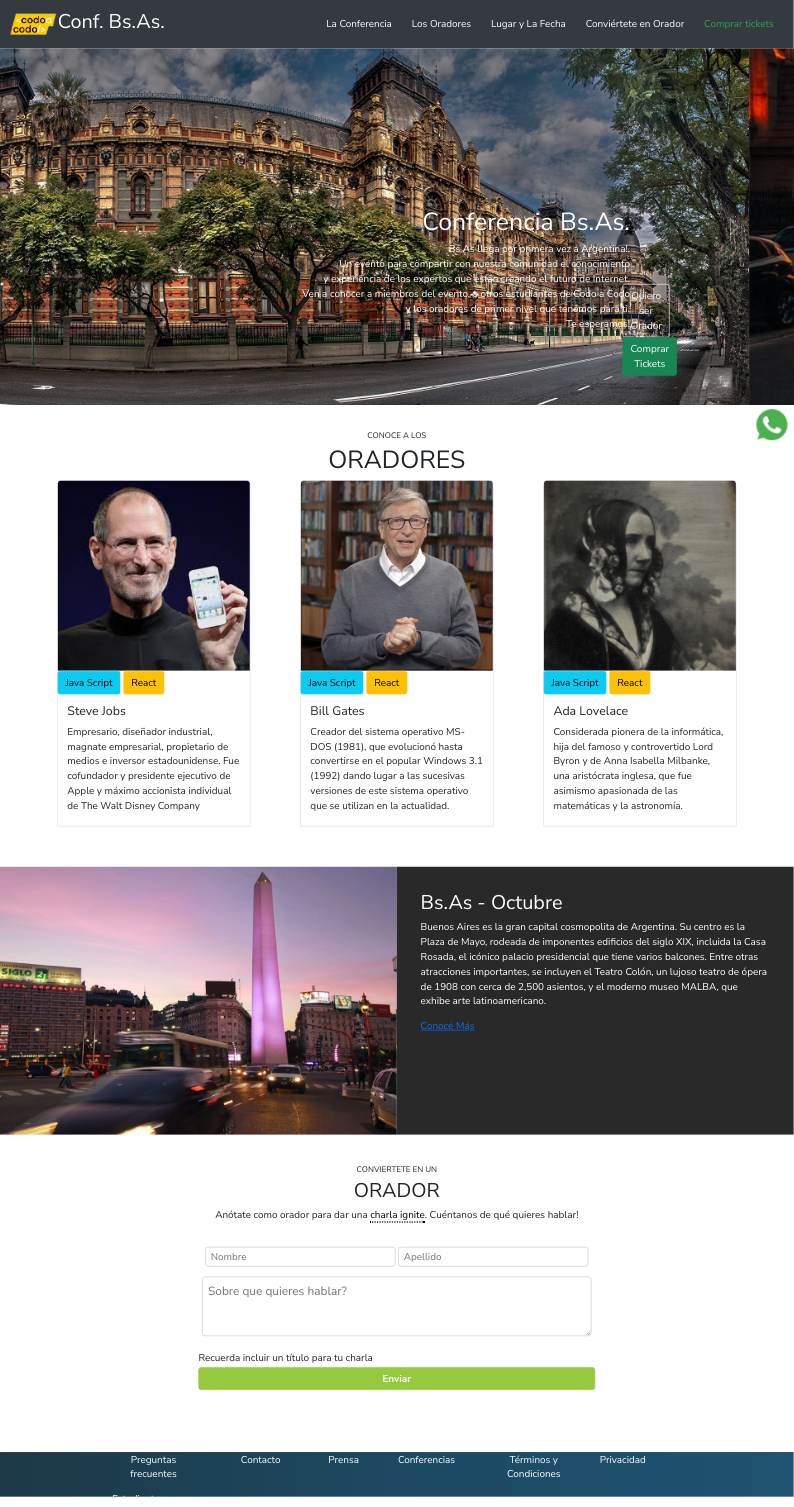
Repository: Melire/trabajo-final-BS
Page: index.html
An editor plug-in stored every save of this project. The page is shown before and after the next save, followed by the edit.
The browser window is 1280 px wide. The pictures show the whole page, at 62% of full size.

Above is the page before, as saved 2023-05-10 16:39:03.

### index.html
<!DOCTYPE html>
<html lang="es">

<head>
    <meta charset="UTF-8">
    <meta http-equiv="X-UA-Compatible" content="IE=edge">
    <meta name="viewport" content="width=device-width, initial-scale=1.0">
    <title>Proyecto Melisa Renovales Wolcan</title>
    <link rel="shortcut icon" href="favicon.ico" type="image/x-icon">
    <link href="https://cdn.jsdelivr.net/npm/bootstrap@5.0.2/dist/css/bootstrap.min.css" rel="stylesheet"
        integrity="sha384-EVSTQN3/azprG1Anm3QDgpJLIm9Nao0Yz1ztcQTwFspd3yD65VohhpuuCOmLASjC" crossorigin="anonymous">
    <link rel="stylesheet" href="./css/estilos3.css">

</head>

<body>
    <header class="header">
        <div class="headerNav">
            <div class="contenedorLogo">
                <a href="https://www.buenosaires.gob.ar/educacion/codo-codo" target="_blank">
                    <img src="./assets/img/codoacodo.png" alt="Logo">
                </a>
                <h2>Conf. Bs.As.</h2>
            </div>
            <!--barra de navegacion BS-->
            <nav>
                <ul class="nav">
                    <li class="nav-item">
                        <a class="nav-link active" aria-current="page" href="#laConferencia">La Conferencia</a>
                    </li>
                    <li class="nav-item">
                        <a class="nav-link" href="#losOradores">Los Oradores</a>
                    </li>
                    <li class="nav-item">
                        <a class="nav-link" href="#lugarYfecha">Lugar y La Fecha</a>
                    </li>
                    <li class="nav-item">
                        <a class="nav-link" href="#convierteteEnOrador">Conviértete en Orador</a>
                    </li>
                    <a class="nav-link color" href="./pages/comprar_tickets.html">Comprar tickets</a>
                    </li>
                </ul>
            </nav>

        </div>
        <!--comportamientos carrousel BS-->
        <section id="laConferencia" class="contenedorCarousel">
            <div id="carouselExampleCaptions" class="carousel slide" data-bs-ride="carousel">
                <div class="carousel-indicators">
                    <div class="carouselNone">
                        <button type="button" data-bs-target="#carouselExampleCaptions" data-bs-slide-to="0"
                            class="active" aria-current="true" aria-label="Slide 1"></button>
                        <button type="button" data-bs-target="#carouselExampleCaptions" data-bs-slide-to="1"
                            aria-label="Slide 2"></button>
                        <button type="button" data-bs-target="#carouselExampleCaptions" data-bs-slide-to="2"
                            aria-label="Slide 3"></button>
                    </div>

                    <!--botones carrousel-->
                    <nav class="container">
                        <div class="botonesCabecera">
                            <a href="#convierteteEnOrador" button type="button" class="btn btn-outline-light">Quiero ser
                                Orador</a>
                            <a href="./pages/comprar_tickets.html" button type="button" class="btn btn-success">Comprar
                                Tickets</a>
                        </div>
                    </nav>
                </div>
                <!--textos y fotos carrousel BS-->
                <div class="carousel-inner">
                    <div class="carousel-item active">
                        <img src="./assets/img/ba1.jpg" class="d-block w-100" alt="Palacio del agua">
                        <div class="carousel-caption d-none d-md-block">
                            <h5 class="texto"> Conferencia Bs.As.</h5>
                            <p> Bs As llega por primera vez a Argentina!.<br /> Un evento para compartir con nuestra
                                comunidad el conocimiento<br /> y experiencia de los expertos que están creando el
                                futuro de Internet.<br />
                                Ven a conocer a miembros del evento, a otros estudiantes de Codo a Codo<br /> y los
                                oradores de primer nivel que tenemos para ti.<br />Te esperamos!</p>
                        </div>
                    </div>
                    <div class="carousel-item">
                        <img src="./assets/img/ba2.jpg" class="d-block w-100" alt="obelisco">
                        <div class="carousel-caption d-none d-md-block">
                            <h5 class="texto">Paseos en bus</h5>
                            <p>Tenemos la mejor selección de tours en español en Argentina<br />
                                ¡y al mejor precio! Descubre todo lo que puedes hacer en la Ciudad de Buenos
                                Aires!<br />
                                Veni a conocer un mágico Buenos Aires<br /> Te invitamos a conocer las costumbres y
                                gastronomía de la vida porteña de antaño</p>
                        </div>
                    </div>
                    <div class="carousel-item">
                        <img src="./assets/img/ba3.jpg" class="d-block w-100" alt="Diagonal sur">
                        <div class="carousel-caption d-none d-md-block">
                            <h5 class="texto">Visitas guiadas en edificios históricos</h5>
                            <p>En nuestras caminatas guiadas,<br /> recorremos los edificios mas hermosos de la
                                ciudad,<br /> llenos de histrorias y misterios.<br /> No te lo pierdas!</p>
                        </div>
                    </div>
                </div>
                <button class="carousel-control-prev" type="button" data-bs-target="#carouselExampleCaptions"
                    data-bs-slide="prev">
                    <span class="carousel-control-prev-icon" aria-hidden="true"></span>
                    <span class="visually-hidden">Previous</span>
                </button>
                <button class="carousel-control-next" type="button" data-bs-target="#carouselExampleCaptions"
                    data-bs-slide="next">
                    <span class="carousel-control-next-icon" aria-hidden="true"></span>
                    <span class="visually-hidden">Next</span>
                </button>
            </div>
        </section>
    </header>
    <!--Oradores BS-->
    <main>
        <section id="losOradores" class="sectionOradores">
            <h2 class="tituloRadores"><span class=tituloCh>CONOCE A LOS</span> <br> ORADORES</h2>
            <div class="padreCards">
                <div class="row row-cols-1 row-cols-md-3 g-4">
                    <div class="col">
                        <div class="card h-100">
                            <img src="./assets/img/steve.jpg" class="card-img-top" alt="Steve Jobs">
                            <div class="buttonsCard">
                                <button type="button" class="btn btn-info">Java Script</button>
                                <button type="button" class="btn btn-warning">React</button>
                            </div>

                            <div class="card-body">
                                <h5 class="card-title">Steve Jobs</h5>
                                <p class="card-text">Empresario, diseñador industrial, magnate empresarial, propietario
                                    de medios e inversor
                                    estadounidense. Fue cofundador y presidente ejecutivo de Apple​ y máximo accionista
                                    individual de The Walt Disney Company</p>
                            </div>
                        </div>
                    </div>
                    <div class="col">
                        <div class="card h-100">
                            <img src="./assets/img/bill.jpg" class="card-img-top" alt="Bill Gates">
                            <div class="buttonsCard">
                                <button type="button" class="btn btn-info">Java Script</button>
                                <button type="button" class="btn btn-warning">React</button>
                            </div>
                            <div class="card-body">
                                <h5 class="card-title">Bill Gates</h5>
                                <p class="card-text">Creador del sistema operativo MS-DOS (1981), que evolucionó hasta
                                    convertirse en el popular
                                    Windows 3.1 (1992) dando lugar a las sucesivas versiones de este sistema operativo
                                    que se
                                    utilizan en la actualidad.</p>
                            </div>
                        </div>
                    </div>
                    <div class="col">
                        <div class="card h-100">
                            <img src="./assets/img/ada.jpeg" class="card-img-top" alt="Ada Lovelace">
                            <div class="buttonsCard">
                                <button type="button" class="btn btn-info">Java Script</button>
                                <button type="button" class="btn btn-warning">React</button>
                            </div>
                            <div class="card-body">
                                <h5 class="card-title">Ada Lovelace</h5>
                                <p class="card-text">Considerada pionera de la informática, hija del famoso y
                                    controvertido Lord Byron y de Anna
                                    Isabella Milbanke, una aristócrata inglesa, que fue asimismo apasionada de las
                                    matemáticas y
                                    la astronomía.</p>
                            </div>
                        </div>
                    </div>
                </div>
            </div>
        </section>
        <section id="lugarYfecha" class="container-fluid">
            <div class="row">
                <div class="col-sm-12 col-md-6 colIzq">

                </div>
                <div class="col-sm-12 col-md-6 colDer">
                    <h2>Bs.As - Octubre</h2>
                    <p>Buenos Aires es la gran capital cosmopolita de Argentina. Su centro es la Plaza de Mayo, rodeada
                        de imponentes edificios del siglo XIX, incluida la Casa Rosada, el icónico palacio presidencial
                        que tiene varios balcones. Entre otras atracciones importantes, se incluyen el Teatro Colón, un
                        lujoso teatro de ópera de 1908 con cerca de 2,500 asientos, y el moderno museo MALBA, que exhibe
                        arte latinoamericano.</p>
                    <a class="boton1" href="">Conocé Más</a>
                </div>
        </section>
        <section id="convierteteEnOrador" class="formularioOrador">
            <h2><span class="tituloCh"> CONVIERTETE EN UN </span> <br> ORADOR</h2>
            <p>Anótate como orador para dar una <a href="" class="charla">charla ignite</a>.
                Cuéntanos de qué quieres hablar!</p>
            <br>
            <form action="" autocomplete="on">
                <div>
                    <input class="inputNA" type="text" placeholder="Nombre" required>
                    <input class="inputNA" type="text" placeholder="Apellido" required>
                </div>
                <div>
                    <textarea class="textArea" name="" id="" cols="44" rows="6" placeholder="Sobre que quieres hablar?"
                        required></textarea>
                </div>
                <p class="finalForm">Recuerda incluir un título para tu charla</p>
                <div>
                    <input type="submit" value="Enviar" class="formSubmit">
                </div>
            </form>
        </section>
    </main>
    <!--footer BS-->
    <footer class="footer container-fluid mt-5">
        <div class="contenedorFooter row text-center gap-3 w-75 h-100 mx-auto">
            <a class="col-sm-12 col-md-2" href="#Preguntas frecuentes">Preguntas frecuentes</a>
            <a class="col-sm-12 col-md-2" href="#contacto">Contacto</a>
            <a class="col-sm-12 col-md-1" href="#prensa">Prensa</a>
            <a class="col-sm-12 col-md-2" href="#conferencias">Conferencias</a>
            <a class="col-sm-12 col-md-2" href="#condiciones">Términos y Condiciones</a>
            <a class="col-sm-12 col-md-1" href="#privacidad">Privacidad</a>
            <a class="col-sm-12 col-md-1" href="#estudiantes">Estudiantes</a>
        </div>
        <a href=""><img class="wsp" src="./assets/img/whatsapp.png" alt="what"></a>
    </footer>
    <script src="https://cdn.jsdelivr.net/npm/bootstrap@5.0.2/dist/js/bootstrap.bundle.min.js"
        integrity="sha384-MrcW6ZMFYlzcLA8Nl+NtUVF0sA7MsXsP1UyJoMp4YLEuNSfAP+JcXn/tWtIaxVXM"
        crossorigin="anonymous"></script>
</body>

</html>

### css/estilos3.css
@import url('https://fonts.googleapis.com/css2?family=Nunito+Sans:wght@400;600;700&display=swap');

* {
    margin: 0;
    padding: 0;
    box-sizing: border-box;
}

body {
    font-family: 'Nunito Sans', sans-serif;
}

.header {
    margin-bottom: 1rem;
}

.headerNav {
    background-color: rgb(53, 58, 64);
    display: flex;
    flex-wrap: wrap;
    justify-content: space-between;
    padding: 1rem 1rem;
    align-items: center;
}
.contenedorLogo {
    width: 20%;
    display: flex;
    align-items: center;
    justify-content: space-between;
}

.contenedorLogo a {
    display: inline-block;
    width: 30%;
}

.contenedorLogo img {
    width: 100%;
    object-fit: cover;
}

.contenedorLogo h2 {
    color: white;
}

.nav-link {
    color: white;
}

.color {
    color: rgb(39, 167, 70);
}

.contenedorCarousel {
    width: 100%;
    height: 80vh;
}

.contenedorCarousel img {
    height: 80vh;
    object-fit: cover;
}

.contenedorCarousel p {
    text-align:right;
    text-shadow: #000000;
    margin-bottom: 5rem;
}

.texto {
    font-size: 2.5rem;
    text-align: right;
}
.botonesCabecera {
    align-items:center;
    margin-left: 48rem;
    padding: 2rem;

}

.carouselNone
{
    display: none;
  }
.sectionOradores h2 {
    text-align: center;
}

.tituloCh {
    font-size: small;
}

.tituloRadores {
    font-size: 2.5rem;
}
.padreCards {
    width: 90%;
    margin: 0 auto;
    justify-content: center;
    align-items: center;
    flex-wrap: wrap;
    height: 90vh;

}
.card{

    width: 85%;
    margin: 0 auto;
    height: 90vh;
    column-gap: 4%;
    border-radius: 2% 2% 0px 0px;
}
.card img {

    height: 55%;
    border-radius: 2% 2% 0px 0px;

}

.buttonsCard{
color: white;
}
.colIzq {
    background-image: url("../assets/img/obelisco.jpg");
    background-size: cover;
    background-position: center;
    background-repeat: no-repeat;
    height: 60vh;
}

.colDer {
    background-color: rgb(41, 41, 41);
    color: white;
    height: 60vh;
    padding: 3%;
}

.formularioOrador {
    width: 50%;
    height: 60vh;
    margin: 2rem auto;
    text-align: center;
}

.formularioTicket {
    display: flex;
    width: 80%;
    height: 80vh;
    margin: 2rem auto;
    text-align: center;
    align-items: center;
    flex-direction: column;
}

.radio {
    text-align: left;
    padding: 5rem auto;
    font-size: 1rem;

}

.charla {
    text-decoration: none;
    color: black;
    border-bottom: 2px dotted black;
}

.inputNA {
    width: 48%;

    height: 2rem;
    margin-bottom: 1rem;
    border-radius: 5px;
    border: 1px solid rgb(198, 198, 198);
    padding-left: 0.5rem;
}

.textArea {
    width: 98%;
    height: 6rem;
    margin-bottom: 1rem;
    border-radius: 5px;
    border: 1px solid rgb(198, 198, 198);
    font-size: 1.2rem;
    padding: 0.5rem;
}

.finalForm {
    display: flex;
    text-align: left;
    font-size: smaller5;
    margin-bottom: 0.2rem;
}

.formSubmit {
    width: 100%;
    height: 2.3rem;
    border-radius: 5px;
    border: 1px solid rgb(150, 201, 62);
    background-color: rgb(150, 201, 62);
    color: white;
    font-weight: bold;
    font-size: 1rem;
    cursor: pointer;
    margin-bottom: 1rem;
}

.formSubmitb {
    width: 50%;
    height: 2rem;
    border-radius: 5px;
    border: 1px solid rgb(88, 88, 88);
    background-color: rgb(88, 88, 88);
    color: white;
    font-weight: bold;
    font-size: 1rem;
    cursor: pointer;
    margin-bottom: 1rem;

}

.wsp {
    position: fixed;
    bottom: 10px;
    right: 10px;
    width: 50px;
}

.footer {
    background: linear-gradient(to right, #1d3947, #1d4962, #1e5372);
    height: 10vh;
}

.contenedorFooter {
    width: 70%;
    height: 100%;
    margin: 0 auto;
}

.contenedorFooter a {
    color: white;
    text-decoration: none;
    font-size: 1 rem;
}

/*vamos a cargar ahora el diseño para celular*/
/*0 - 567px  */
/*
@media screen and (max-width: 567px) {
    .headerNav {
        background-color: rgb(56, 56, 56);
        flex-direction: column;
        align-items: center;
        justify-content: center;
        height: initial;
        padding: 1rem;
    }

    .contenedorLogo {
        width: 70%;
    }

    .contenedorLogo img {
        width: 70%;
        object-fit: cover;
    }

    .listaNav {
        flex-direction: column;
        align-items: center;
        justify-content: center;
        width: 100%;
    }

    .laConferencia {
        height: 60%;
        background: url("../assets/img/madero.jpg");
        background-size: cover;
        background-position: center;
        background-repeat: no-repeat;
        padding-right: initial;
        align-items: center;
        justify-content: center;

    }

    .contenedorTextConf {
        background: linear-gradient(to bottom, #000000c2, #000000c2);
        width: 100%;
        text-align: center;
        font-size: small;
    }

    .escritorio {
        display: none;
    }

    .padreCards {
        width: 90%;
        height: initial;
    }

    .card {
        border: 1px solid rgb(207, 202, 202);
        width: 300px;
        height: 90%;
        border-radius: 2%;
        margin-bottom: 1rem;
    }

    .colIzq {
        height: 30vh;
    }

    .colDer {
        height: 50vh;
        font-size: small;
    }

    .formularioOrador {
        height: initial;
    }

    .formularioTicket {
        height: initial;
    }

    .footer {
        height: initial;
        padding: 30px;
    }

    .wsp {
        position: fixed;
        bottom: 20px;
        right: 10px;
        width: 30px;
    }
}
/*

@media screen and (min-width: 568px) and (max-width:767px) {
    .headerNav {
        flex-direction: column;
        align-items: center;
        justify-content: center;
        height: initial;
        padding: 1rem 1rem;

    }

    .contenedorLogo {
        width: 50%;
    }

    .navegacion {
        width: 100%;
    }

    .listaNav {
        width: 100%;
        justify-content: space-evenly;
    }

    .linkNav {
        font-size: 1rem;
    }

    .contenedorTextConf {
        width: 90%;
    }

    .tituloRadores {
        margin-top: 4rem;
    }

    .padreCards {
        width: 90%;
        height: initial;
    }

    .card {
        border: 1px solid rgb(207, 202, 202);
        width: 300px;
        height: 90%;
        border-radius: 2%;
        margin-bottom: 1rem;
    }

    .lugarFecha {
        display: flex;
        align-items: center;
        height: 70vh;
        color: rgb(253, 253, 253);
        font-size: small;
        background: linear-gradient(to bottom, #00000026, #000000c2, #00000026), url("../assets/img/obelisco.jpg");
        background-size: cover;
        background-position: center;
        background-repeat: no-repeat;
    }

    .left {
        display: none;
    }

    .right {
        width: 100%;
        border-left: 1px solid white;
        padding: 2%;
    }

    .right h2 {
        margin-bottom: 1rem;
    }

    .right p {
        margin-bottom: 1rem;
        line-height: 1.7;
    }

    .formularioOrador {
        height: initial;
    }

    .formularioTicket {
        height: initial;
    }

    .wsp {
        position: fixed;
        bottom: 20px;
        right: 10px;
        width: 30px;
    }

    .contenedorFooter {
        width: 70%;
        height: 100%;
        margin: 0 auto;
        display: flex;
        justify-content: space-evenly;
        align-items: flex-start;
    }

    .contenedorFooter a {
        color: white;
        text-decoration: none;
        font-size: small;
        padding: 0.3rem;
        align-items: flex-start;
    }
}






@media screen and (min-width: 768px) and (max-width:991px) {

    .headerNav {
        flex-direction: column;
        align-items: center;
        justify-content: center;
        height: initial;
        padding: 1rem 1rem;

    }

    .contenedorLogo {
        width: 50%;
    }

    .navegacion {
        width: 100%;
    }

    .listaNav {
        width: 100%;
        justify-content: space-evenly;
    }

    .linkNav {
        font-size: 1.2rem;
    }

    .contenedorTextConf {
        width: 90%;
    }

    .tituloRadores {
        margin-top: 5rem;
    }

    .padreCards {
        width: 90%;
        height: initial;

    }

    .card {
        border: 1px solid rgb(207, 202, 202);
        width: 300px;
        height: 90%;
        border-radius: 2%;
        margin-bottom: 1rem;
    }

    .lugarFecha {
        display: flex;
        align-items: stretch;
        height: 60vh;
        background-color: rgb(41, 41, 41);
        color: white;
        font-size: small;

    }

    .formularioOrador {
        height: initial;
    }

    .formularioTicket {
        height: initial;
    }

    .wsp {
        position: fixed;
        bottom: 40px;
        right: 20px;
        width: 30px;
    }

    .contenedorFooter a {
        color: white;
        text-decoration: none;
        padding: 1rem;
        align-items: flex-start;
    }

}

@media screen and (min-width: 992px) and (max-width:1299px) {
    .headerNav {
        padding: 1rem 1rem;
    }

    .contenedorLogo {
        width: 20%;
    }

    .navegacion {
        margin-left: 20px;
        width: 65%;
    }

    .padreCards {
        width: 90%;
        height: initial;
    }

    .card {
        margin-bottom: 1rem;
    }

    .lugarFecha {
        font-size: small;

    }

    .formularioOrador {
        height: initial;
    }

    .formularioTicket {
        height: initial;
    }

    .wsp {
        position: fixed;
        bottom: 40px;
        right: 20px;
        width: 40px;
    }

    .contenedorFooter a {
        color: white;
        text-decoration: none;
        padding: 1rem;
        align-items: flex-start;
    }

}

/*
@media screen and (min-width: 1300px) and (max-width:1399px) {
    .headerNav {
        background-color: rgb(229, 255, 0);
        padding: 1rem 1rem;
    }

    .contenedorLogo {
        width: 20%;
    }

    .navegacion {
        margin-left: 20px;
        width: 65%;
    }

    .padreCards {
        width: 90%;
        height: initial;
    }

    .card {
        margin-bottom: 1rem;
    }

    .lugarFecha {
        font-size: small;

    }

    .formularioOrador {
        height: initial;
    }
    .formularioTicket {
        height: initial;
    }
    .wsp {
        position: fixed;
    bottom:40px;
        right: 20px;
        width: 40px;
    }

    .contenedorFooter {
        width: 70%;
        height: 100%;
        margin: 0 auto;
        display: flex;
        justify-content: space-evenly;

    }

    .contenedorFooter a {
        color: white;
        text-decoration: none;
        padding: 1rem;
        align-items: flex-start;
    }
}

/*otra opcion
/*celulares
@media screen and (max-width: 767px){

}
/*algunas tablets y notebook
@media screen and (min-width: 768px) and (max-width:1399px) {

}

*/

After the next save:
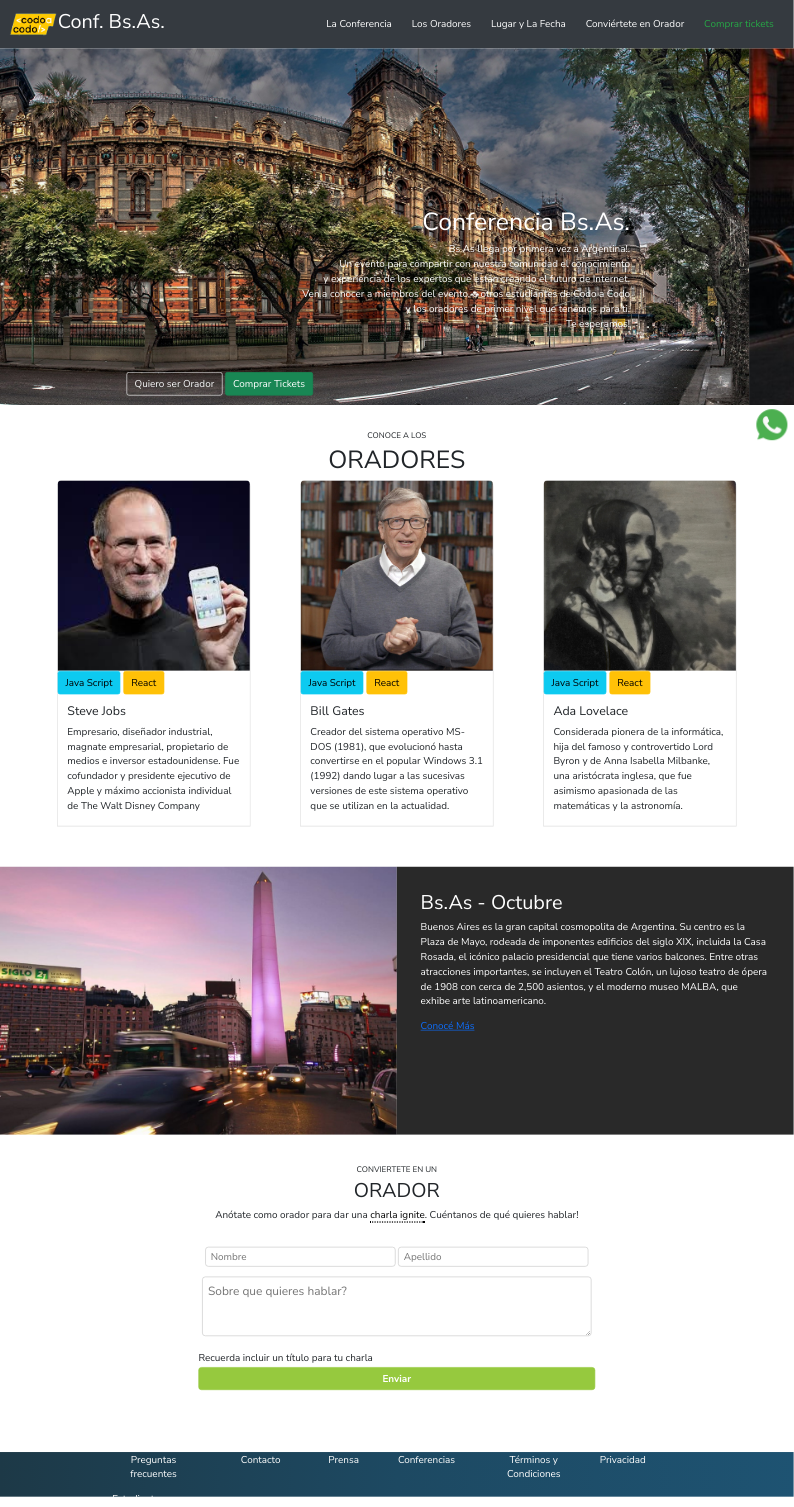
Saved 4 s later.
--- a/css/estilos3.css
+++ b/css/estilos3.css
@@ -72,9 +72,7 @@
     text-align: right;
 }
 .botonesCabecera {
-    align-items:center;
-    margin-left: 48rem;
-    padding: 2rem;
+    ;
 
 }
 
